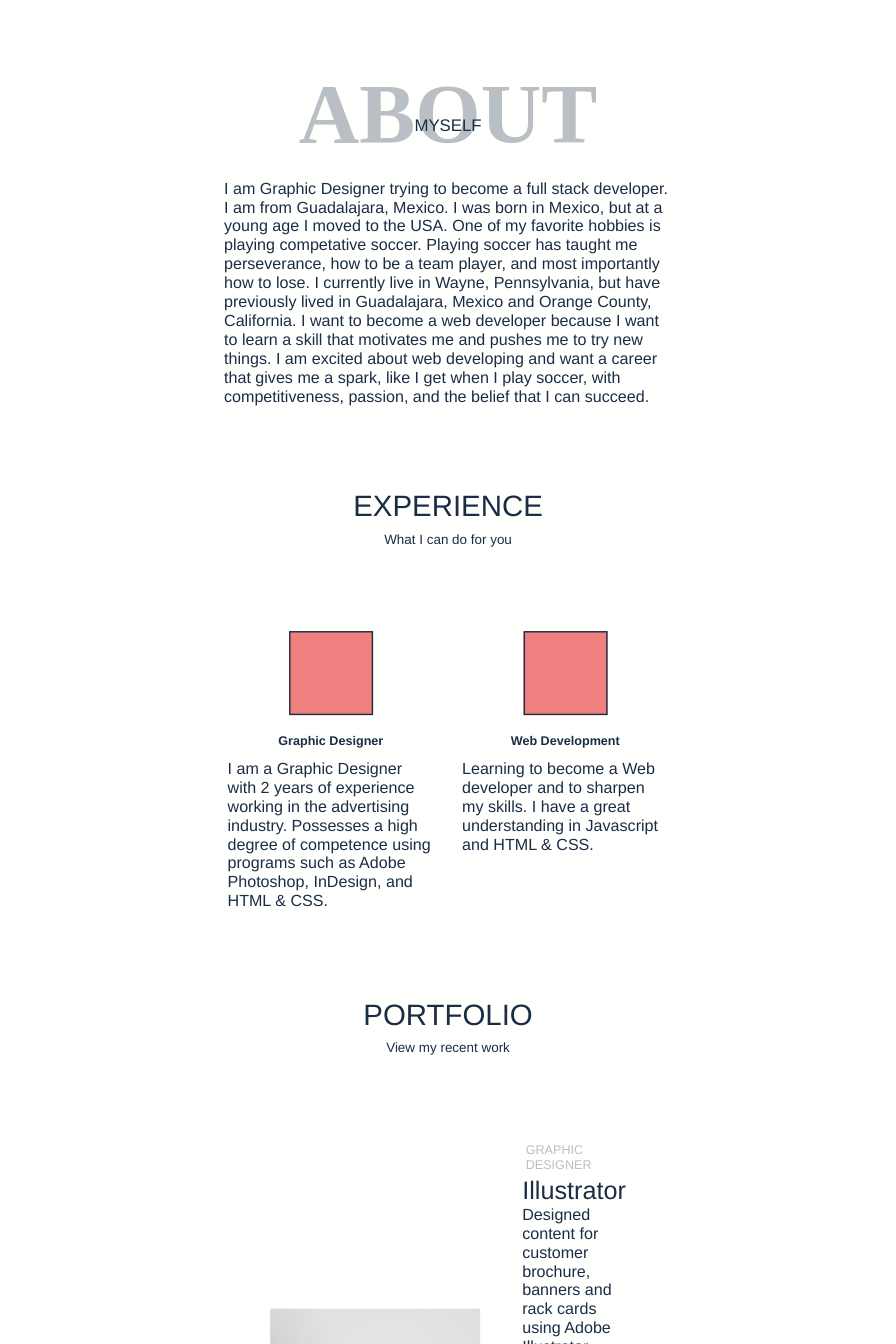
Repository: jb150524/JB-Portfolio
Page: index.html
An editor plug-in stored every save of this project. The page is shown before and after the next save, followed by the edit.
The browser window is 1280 px wide. The pictures show the part of the page from y = 652 to 2572 px (the page is 4178 px tall), at 70% of full size.
Some icons come from a web library that is not loaded, so they are not drawn.

Above is the page before, as saved 2021-07-24 19:32:11.

After the next save:
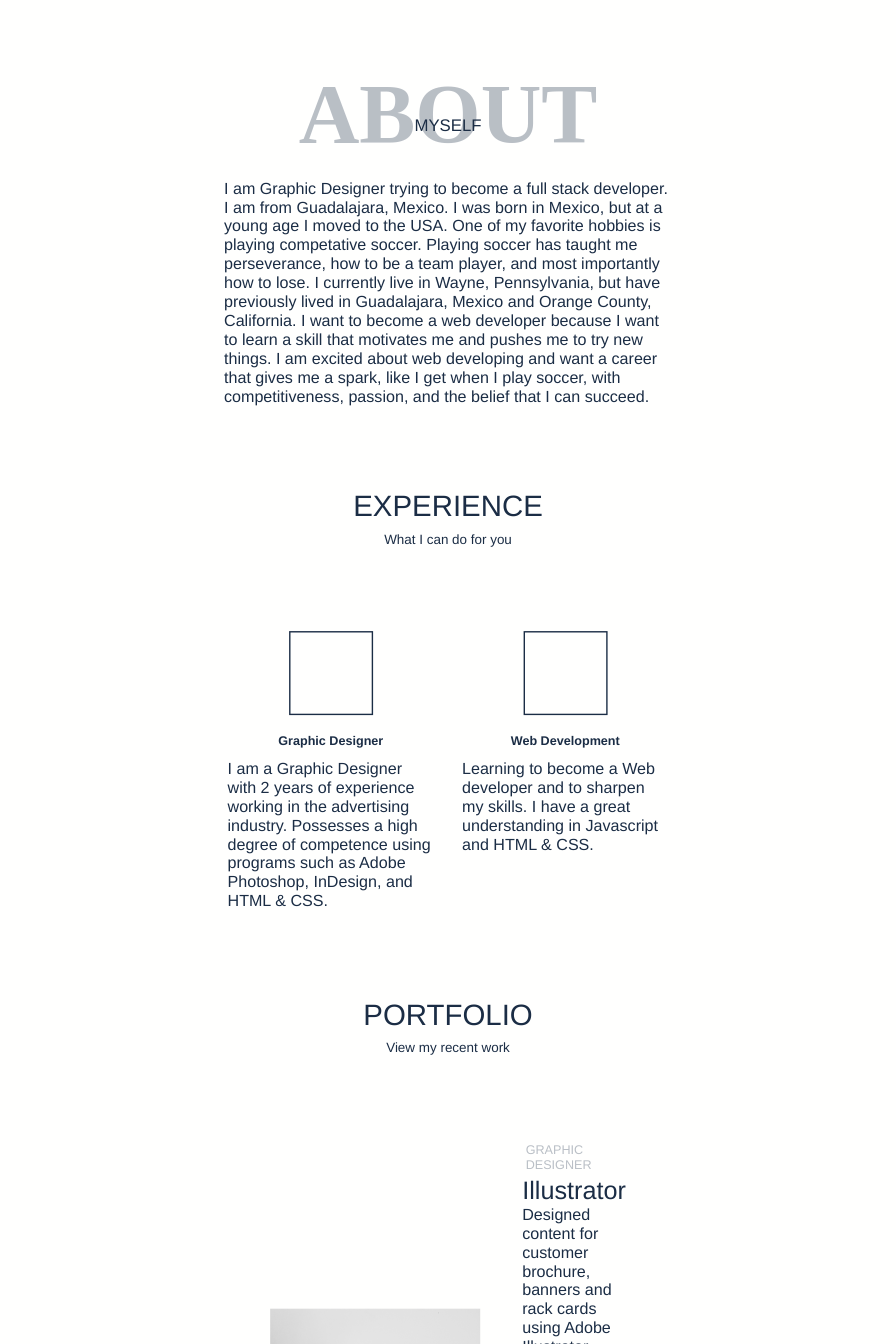
Saved 59 s later.
--- a/style.css
+++ b/style.css
@@ -251,7 +251,7 @@ li {
     width: 10rem;
     height: 10rem;
     border: 2px solid #1b2d45;
-    background-color: lightcoral;
+    background-color: 00ebc7;
     margin-bottom: 2rem;
     display: inline-block;
 }
